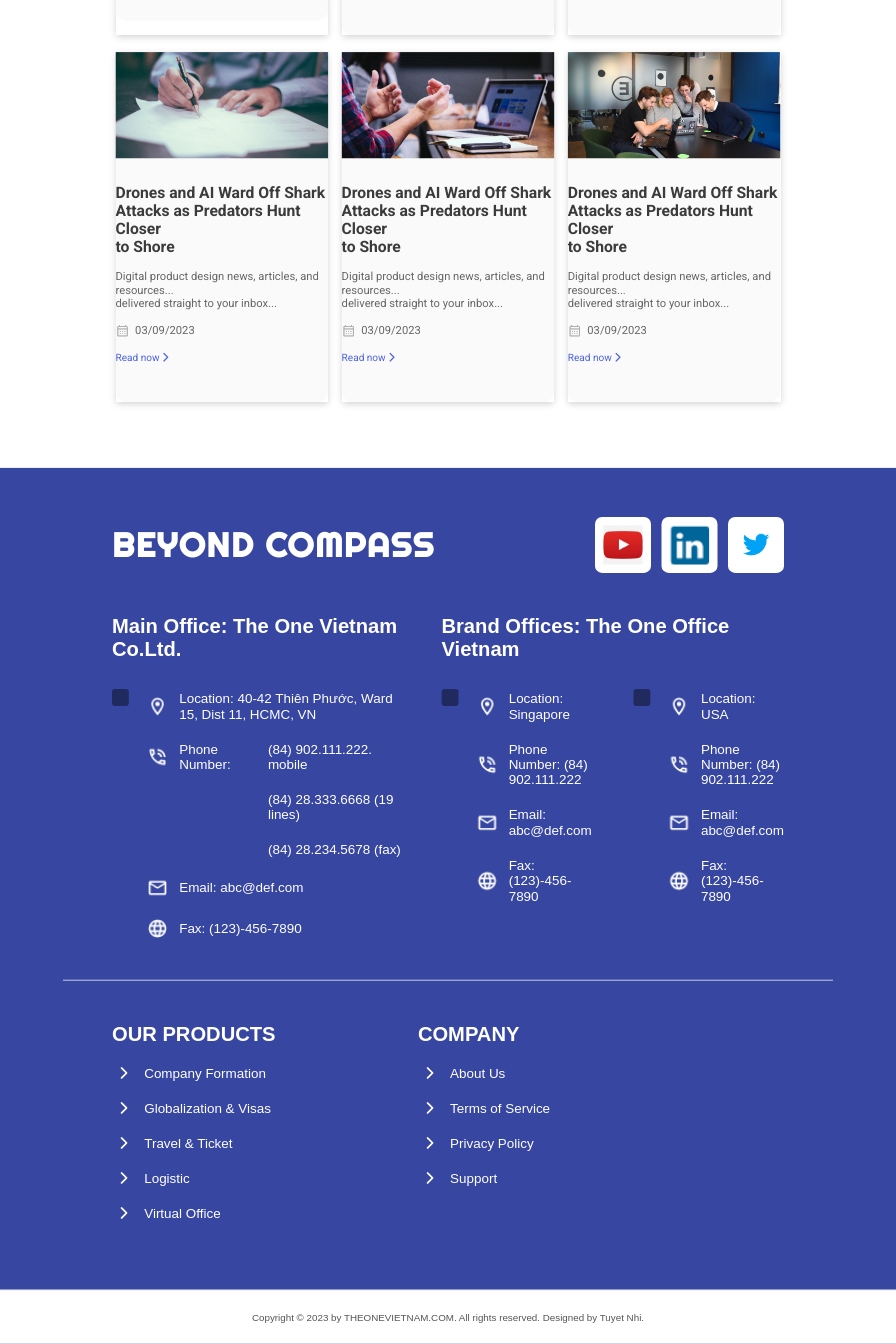
Repository: trunghau06/baitapRn
Page: pages/news.html
The author's editor kept a copy of each file at every save. The page is drawn from the files as they stood at one save, then again after the next save.
The browser window is 1280 px wide. The pictures show the part of the page from y = 1368 to 3288 px (the page is 3288 px tall before and 3075 px after), at 70% of full size.

Above is the page before, as saved 2025-10-09 22:48:05.

After the next save:
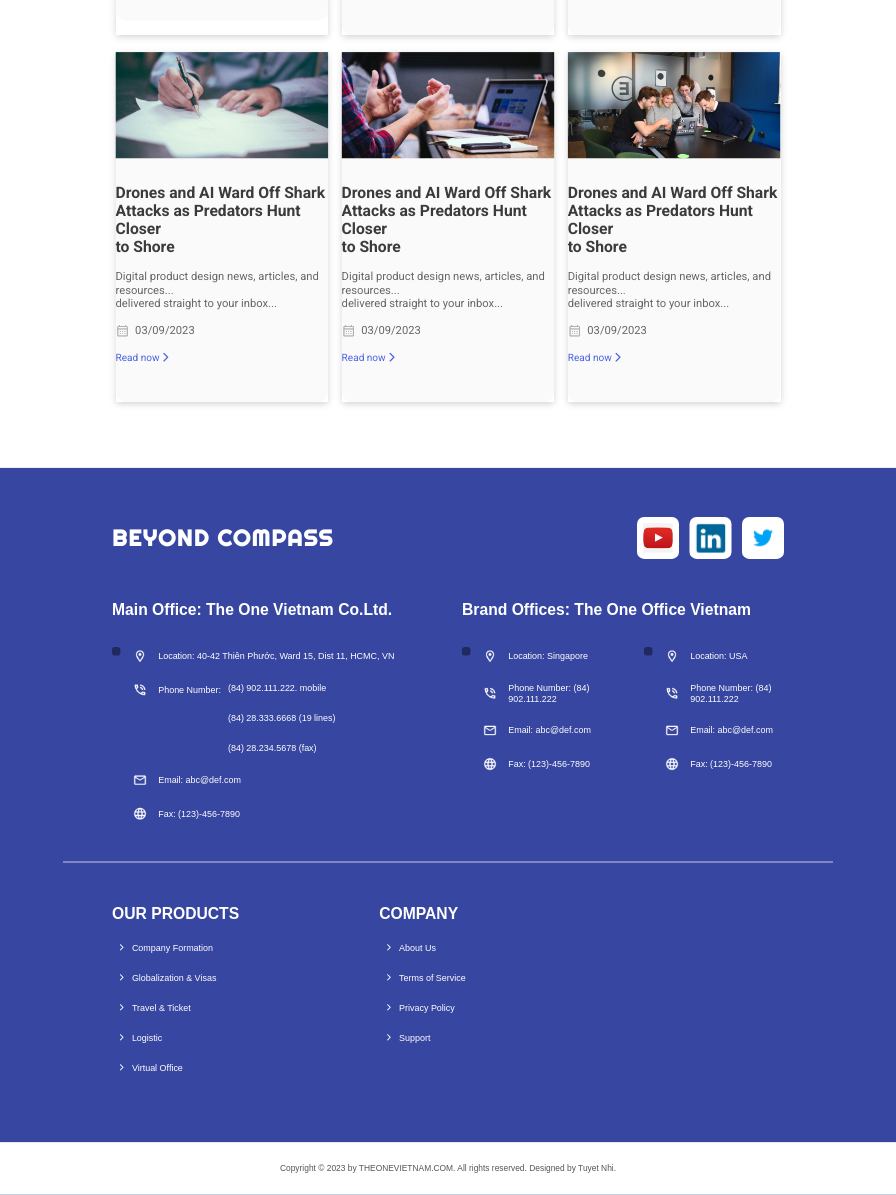
Saved 31 s later.
--- a/style/news.css
+++ b/style/news.css
@@ -380,7 +380,7 @@ nav ul li a.active::after {
 }
 
 .header-Footer h2 {
-    font-size: 3em;
+    font-size: 2em;
     font-weight: bold;
     letter-spacing: 2px;
     font-family: 'Righteous', Arial, sans-serif;
@@ -396,8 +396,8 @@ nav ul li a.active::after {
     background: #FFFFFF;
     border: none;
     cursor: pointer;
-    width: 80px;
-    height: 80px;
+    width: 60px;
+    height: 60px;
     border-radius: 10px;
     display: flex;
     align-items: center;
@@ -426,7 +426,7 @@ nav ul li a.active::after {
 
 .office h3 {
     margin-bottom: 15px;
-    font-size: 1.8em;
+    font-size: 1.4em;
     color: #FFFFFF;
 }
 
@@ -441,21 +441,21 @@ nav ul li a.active::after {
     position: absolute;
     left: 0;
     top: 25px;
-    width: 24px;
-    height: 24px;
+    width: 12px;
+    height: 12px;
     background: #202A5F;
     border-radius: 4px;
 }
 
 .content-info {
-    padding-left: 50px;
+    padding-left: 30px;
 }
 
 .content-info p {
     margin: 28px 0;
     display: flex;
     align-items: center;
-    font-size: 1.2em;
+    font-size: 0.8em;
     color: #FFFFFF;
 }
 
@@ -468,7 +468,7 @@ nav ul li a.active::after {
 
 .phone-group p {
     margin: 0;
-    font-size: 1.2em;
+    font-size: 0.8em;
     margin-bottom: 28px;
     color: #FFFFFF;
 }
@@ -484,8 +484,8 @@ nav ul li a.active::after {
 }
 
 .content-info img {
-    width: 30px;
-    height: 30px;
+    width: 20px;
+    height: 20px;
     margin-right: 16px;
     vertical-align: middle;
     filter: brightness(0) invert(1);
@@ -508,7 +508,7 @@ nav ul li a.active::after {
 
 .link-column h4 {
   margin-bottom: 15px;
-  font-size: 1.8em;
+  font-size: 1.4em;
   font-weight: bold;
   color: #FFFFFF;
   text-transform: uppercase;
@@ -521,15 +521,15 @@ nav ul li a.active::after {
 
 .link-column ul li {
   margin: 28px 0;
-  font-size: 1.2em;
+  font-size: 0.8em;
   display: flex;
   align-items: center;
   color: #FFFFFF;
 }
 
 .link-column ul li i {
-  margin-right: 24px;
-  font-size: 1em;
+  margin-right: 12px;
+  font-size: 0.8em;
   color: #FFFFFF;
 }
 
@@ -538,7 +538,7 @@ nav ul li a.active::after {
   background: #fff;
   text-align: center;
   padding: 30px 0;
-  font-size: 14px;
+  font-size: 12px;
   color: #555;
   border-top: 1px solid #ddd;
 }
